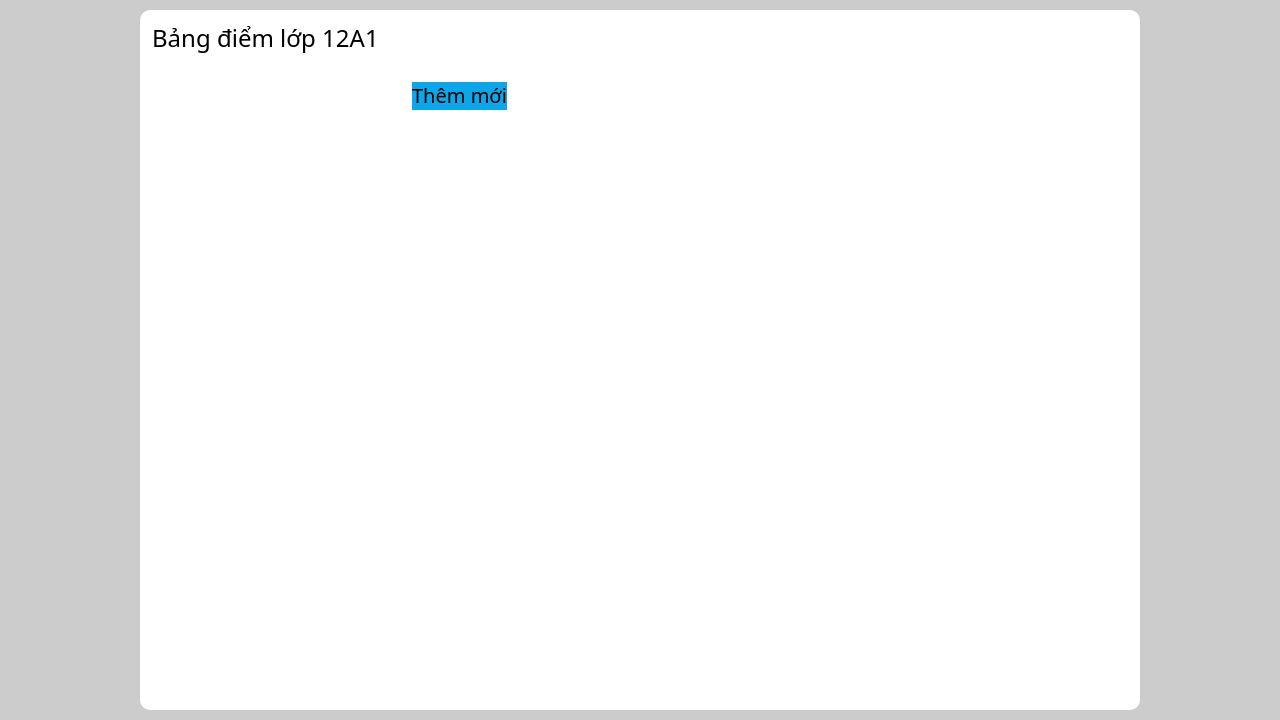
Repository: doducthuan/ReactJS-Movie
Page: /
These files come from the project's save history. The page is drawn as it stood at one moment and after the next save; the edit follows.
The browser window is 1280 px wide. The pictures show the whole page.
The project was rebuilt for these pictures with package versions that can differ from the ones it lists, and the page was loaded fresh each time. Also part of the build but not shown: src/App.css.

Above is the page before, as saved 2024-01-13 05:51:33.

### public/index.html
<!DOCTYPE html>
<html lang="en">
  <head>
    <meta charset="utf-8" />
    <link rel="icon" href="%PUBLIC_URL%/avatar_rmbg.png" />
    <meta name="viewport" content="width=device-width, initial-scale=1" />
    <meta name="theme-color" content="#000000" />
    <meta
      name="description"
      content="Web site created using create-react-app"
    />
    <link rel="apple-touch-icon" href="%PUBLIC_URL%/logo192.png" />
    <!--
      manifest.json provides metadata used when your web app is installed on a
      user's mobile device or desktop. See https://developers.google.com/web/fundamentals/web-app-manifest/
    -->
    <link rel="manifest" href="%PUBLIC_URL%/manifest.json" />
    <!--
      Notice the use of %PUBLIC_URL% in the tags above.
      It will be replaced with the URL of the `public` folder during the build.
      Only files inside the `public` folder can be referenced from the HTML.

      Unlike "/favicon.ico" or "favicon.ico", "%PUBLIC_URL%/favicon.ico" will
      work correctly both with client-side routing and a non-root public URL.
      Learn how to configure a non-root public URL by running `npm run build`.
    -->
    <title>Mèo Hen</title>
  </head>
  <body>
    <noscript>You need to enable JavaScript to run this app.</noscript>
    <div id="root"></div>
    <!--
      This HTML file is a template.
      If you open it directly in the browser, you will see an empty page.

      You can add webfonts, meta tags, or analytics to this file.
      The build step will place the bundled scripts into the <body> tag.

      To begin the development, run `npm start` or `yarn start`.
      To create a production bundle, use `npm run build` or `yarn build`.
    -->
  </body>
</html>

### src/App.js
//import SignIn from './components/account/SignIn';
import './App.css';
import Students from './components/students/Students';
//import AdminLayout from './components/shared/AdminLayout';

function App() {
  return (
    <div className="App">
      <Students></Students>
    </div>
  );
}

export default App;

### src/components/students/Students.js
import React from 'react';
import './styles.css';
const Students = () => {
    return (
        <div className="full-view">
            <div className="border-data">
                <p className="font-sans text-2xl ml-3 mt-3">Bảng điểm lớp 12A1</p>
                <div className="search-add mt-7 ml-6 flex">
                    <input className="search-all"/>
                    <button className="font-sans text-xl bg-sky-500">Thêm mới</button>
                </div>
            </div>
        </div>
    );
};

export default Students;

### src/components/students/styles.css
.full-view{
    display: flex;
    justify-content: center;
    align-items: center;
    height: 100vh;
    background-color: #ccc;
}
.border-data{
    width: 1000px;
    height: 700px;
    background-color: #fff;
    border-radius: 10px;
}

Loaded but not shown: src/index.js (common file); src/index.css (common file); src/reportWebVitals.js (common file); tailwind.config.js (common file)

After the next save:
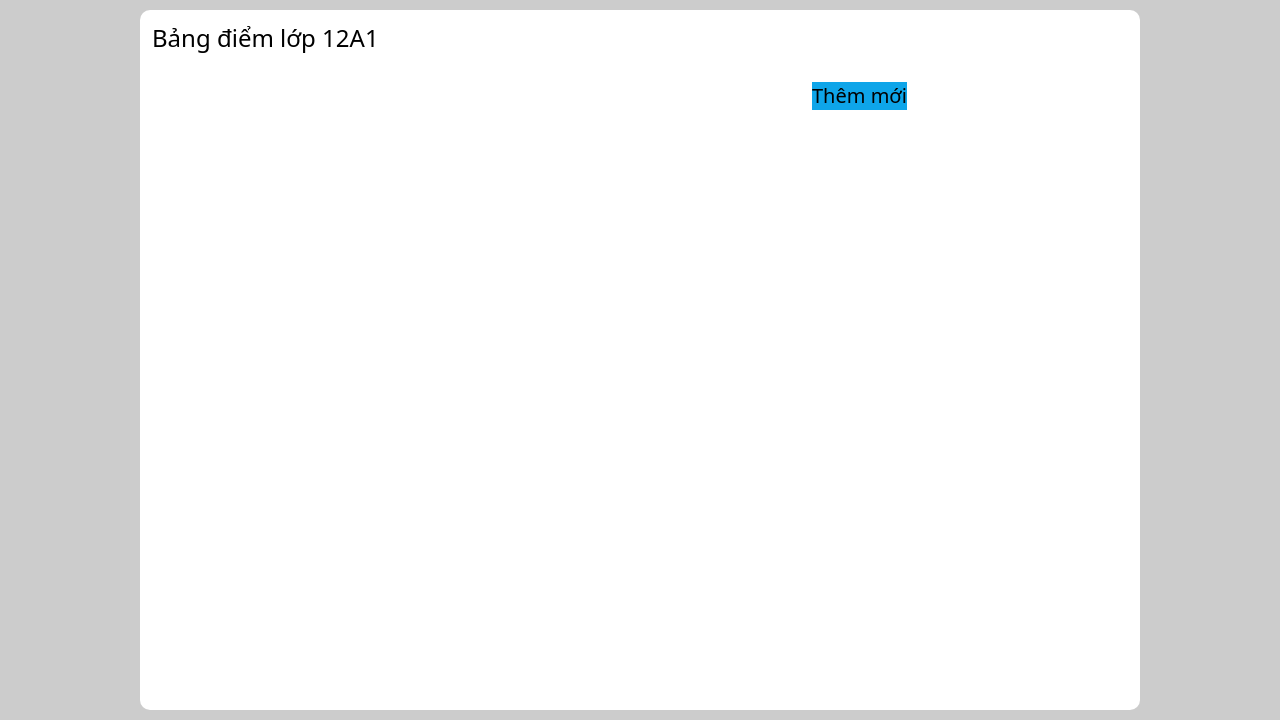
Saved 27 s later.
--- a/src/components/students/styles.css
+++ b/src/components/students/styles.css
@@ -11,3 +11,6 @@
     background-color: #fff;
     border-radius: 10px;
 }
+.search-add{
+    gap: 400px;
+}
